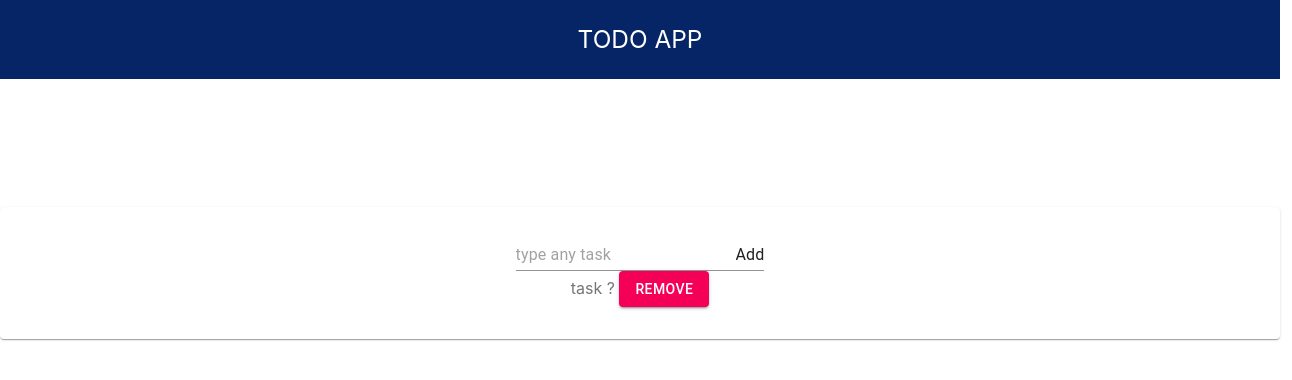
Repository: Shams97/Todo-app
Page: /
These files come from the project's save history. The page is drawn as it stood at one moment and after the next save; the edit follows.
The browser window is 1280 px wide. The page is 1292 px wide, so the pictures cover 1292 px, including what lies to the right of the window. The pictures show the whole page.
The project was rebuilt for these pictures with package versions that can differ from the ones it lists, and the page was loaded fresh each time.

Above is the page before, as saved 2021-06-26 23:53:04.

After the next save:
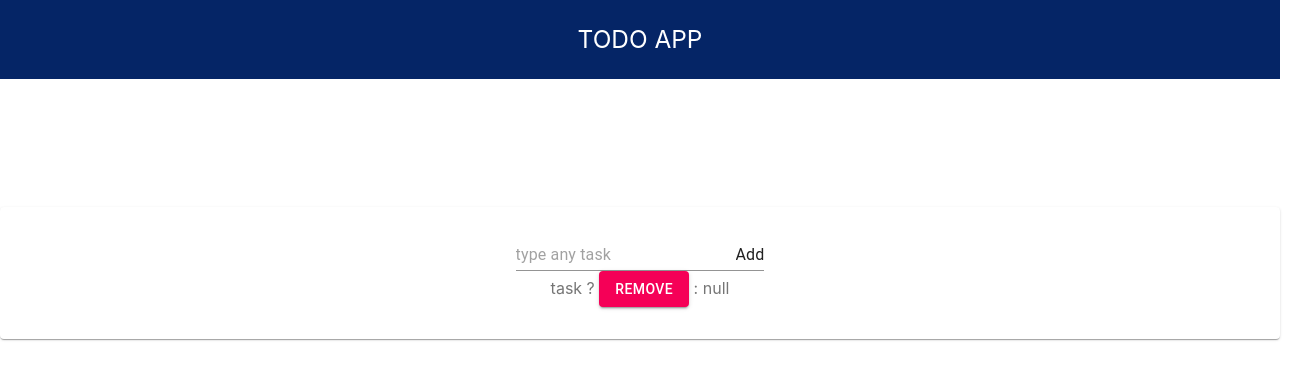
Saved 7 s later.
--- a/src/tasks/tasks.js
+++ b/src/tasks/tasks.js
@@ -31,7 +31,7 @@ export default function Tasks() {
                     <Button variant="contained" color="secondary">
                         Remove
                     </Button>
-                    }
+                    } : null
                     </div>
                </form>
                 </Paper>
